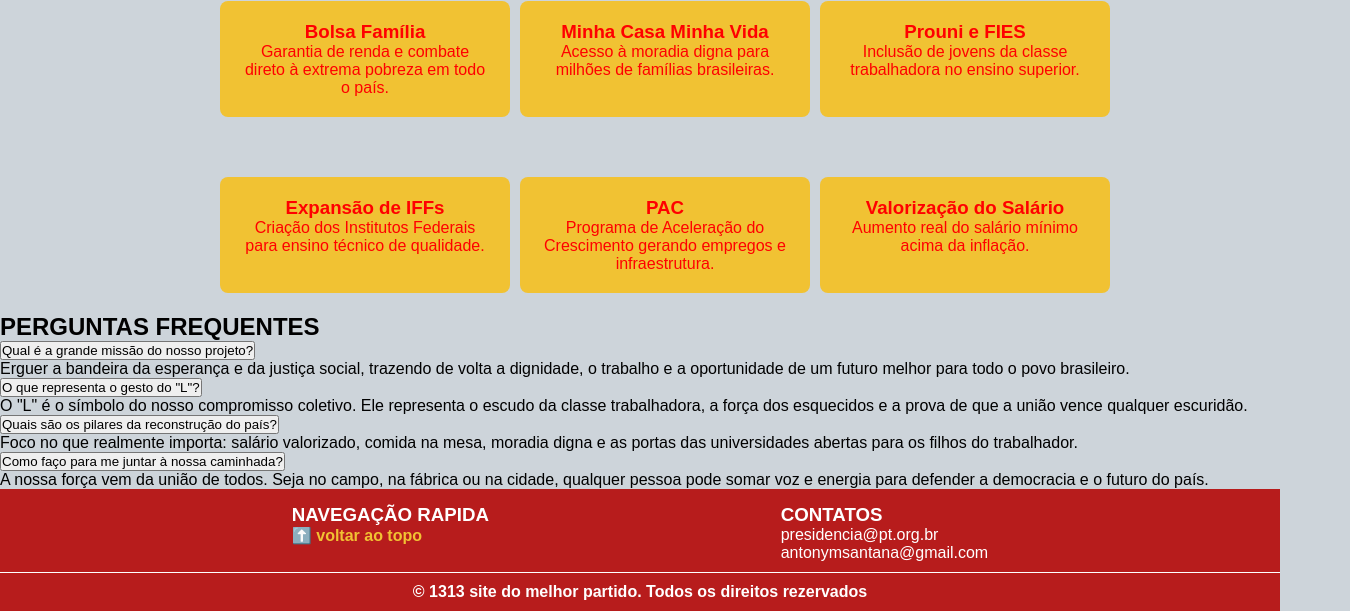
Repository: antonymsantana-design/second.revision
Page: html/html.html
An editor plug-in stored every save of this project. The page is shown before and after a run of saves, followed by the edit.
The browser window is 1280 px wide. The page is 1350 px wide, so the pictures cover 1350 px, including what lies to the right of the window. The pictures show the part of the page from y = 1771 to 2639 px (the page is 2382 px tall before and 2639 px after).

Above is the page before, as saved 2026-09-05 13:38:15.

After the next 2 saves:
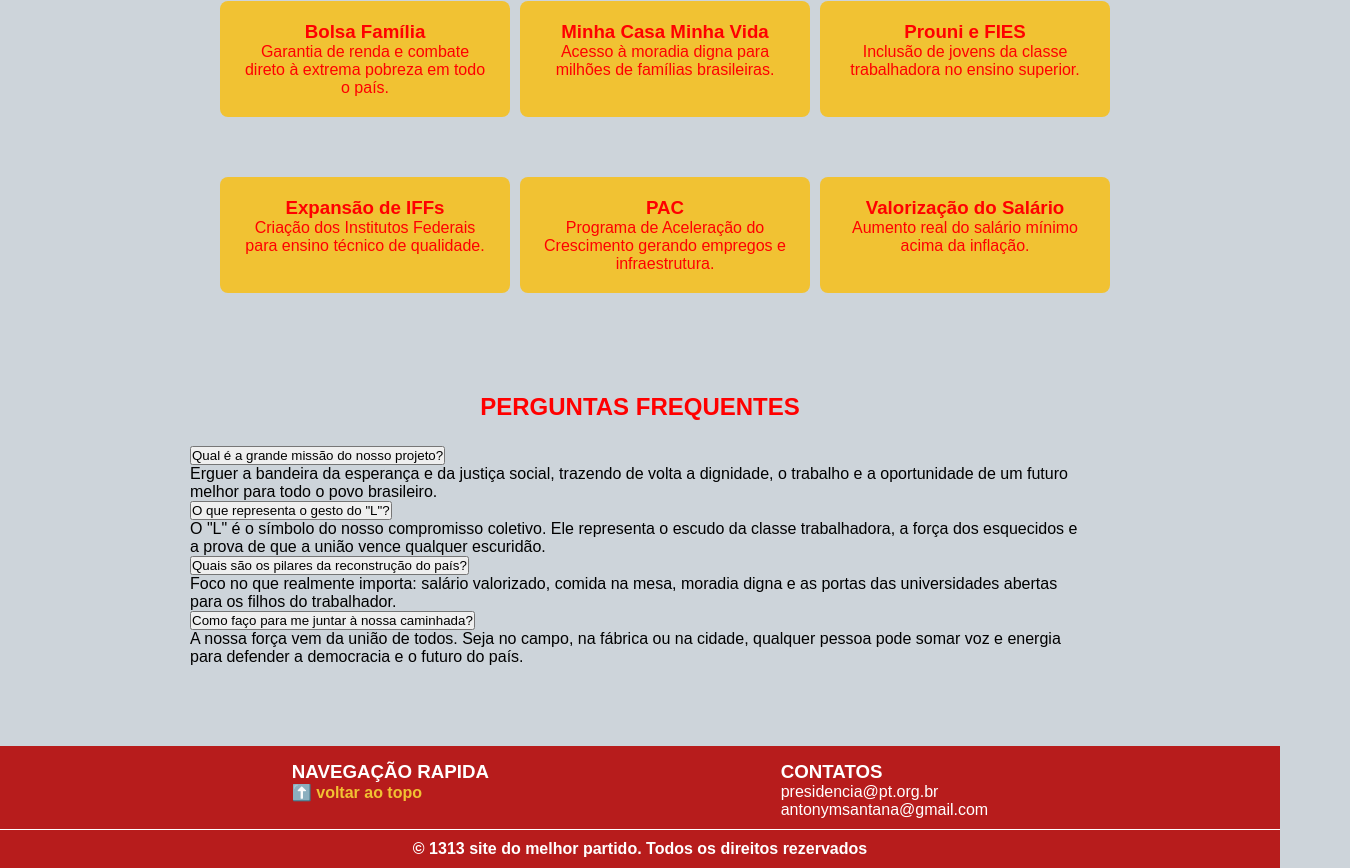
The 2 saves are shown as one change because they came seconds apart.
The last was saved 15 s later.
--- a/css/css.css
+++ b/css/css.css
@@ -373,13 +373,13 @@
     display: none;
 }
 
-.faq-container {
+.crd-container {
     max-width: 900px;
     margin: 60px auto;
     padding: 20px;
 }
 
-.faq-titulo {
+.crd-titulo {
     text-align: center;
     color: red;
     margin-bottom: 25px;
